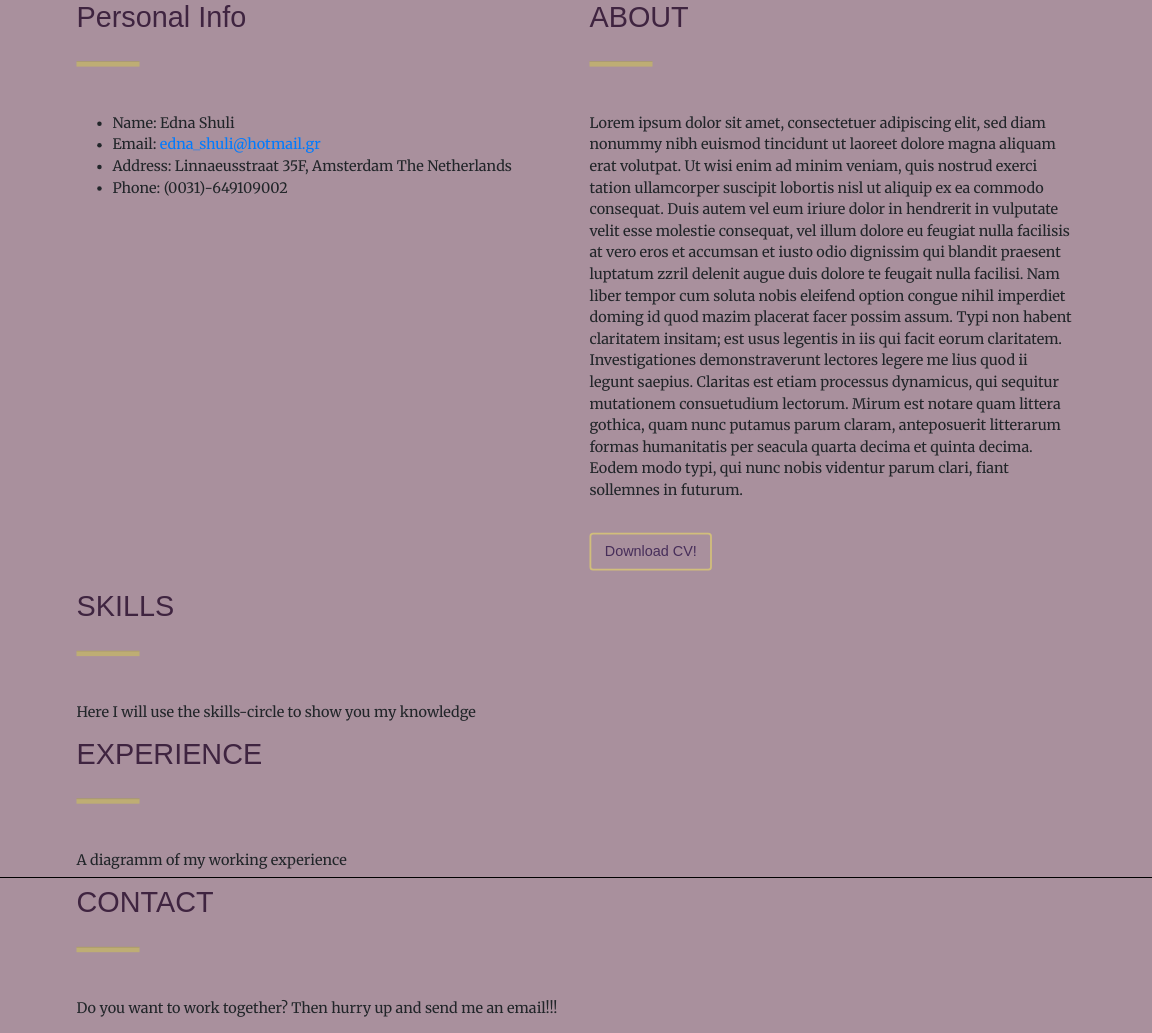
Repository: edshuli/Portfolio
Page: index.html
The author's editor kept a record of every edit. The page is drawn from the files as they stood at one moment, then again after the next edit.
The browser window is 1280 px wide. The pictures show the part of the page from y = 720 to 1868 px (the page is 1868 px tall before and 1660 px after), at 90% of full size.
Backgrounds fixed to the window are drawn as part of the page. Some web fonts or font styles are not loaded; a fallback is used.

Above is the page before.

After the next edit:
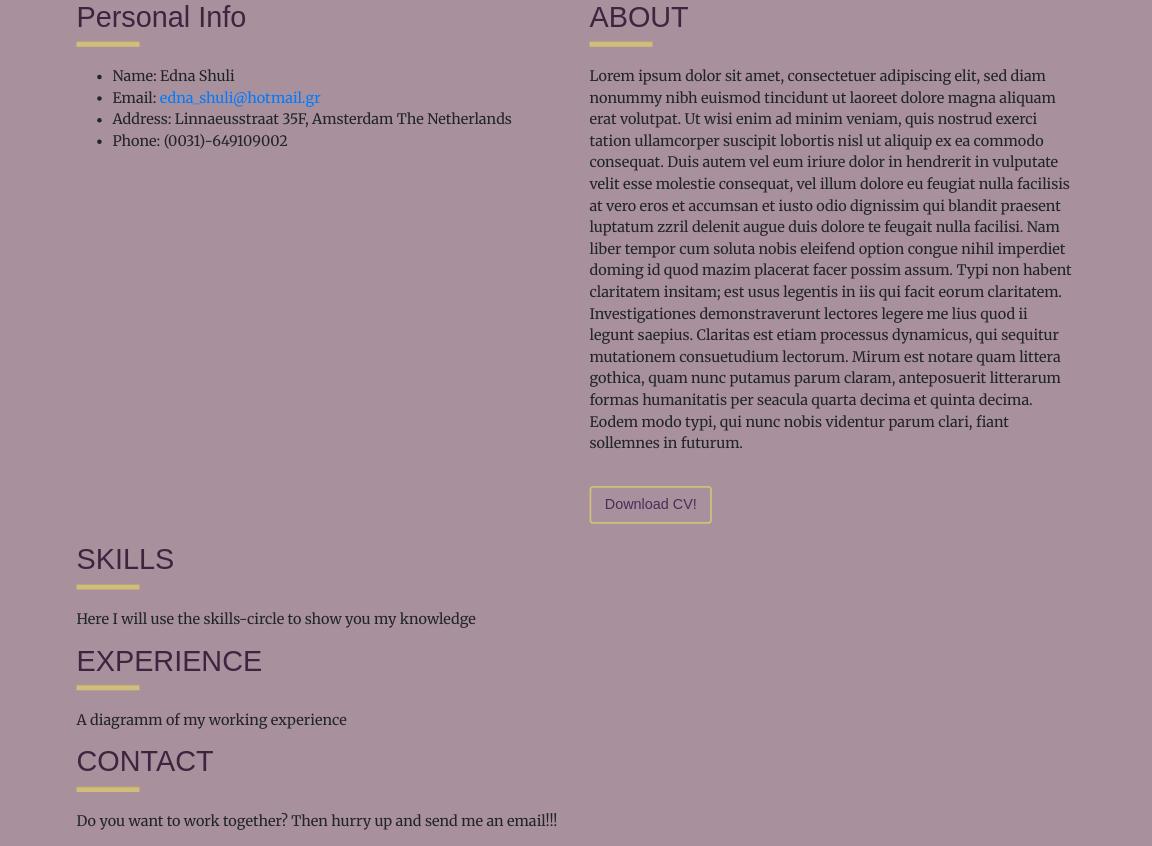
The edit:
--- a/assets/css/style.css
+++ b/assets/css/style.css
@@ -140,8 +140,8 @@
 .title-divider{
     width: 70px;
     height: 5px;
-    background-color: #bead74;
-    margin: 30px 0 50px 0;
+    background-color: #d1be7b;
+    margin: 0 0 20px 0;
 }
 .aboutme-container {}
 
